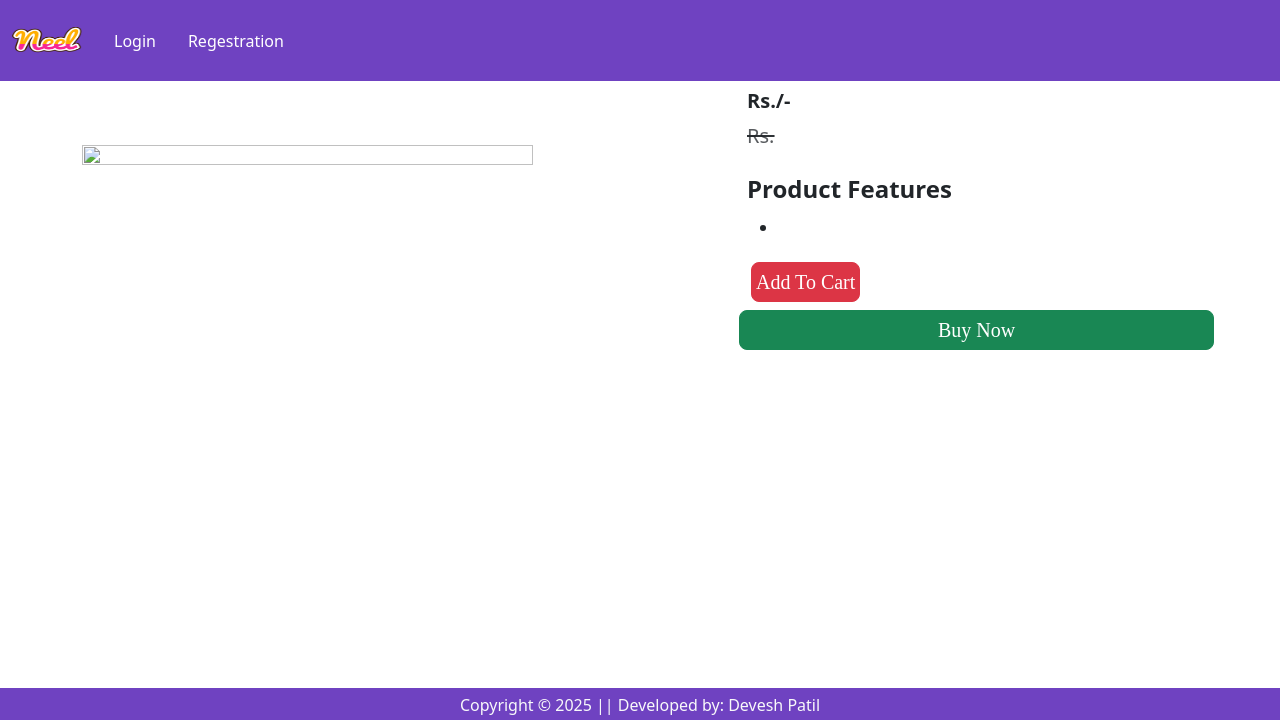
Repository: DeveshPatill/mydjango
Page: ec/app/templates/app/productdetail.html
An editor plug-in stored every save of this project. The page is shown before and after the next save, followed by the edit.
The browser window is 1280 px wide. The pictures show the whole page.
The page is served by the project's application, run on Django 5.2 (ec/manage.py). The template is opened directly, without the code that normally fills it, so the values that code supplies are empty.

Above is the page before, as saved 2025-03-25 04:15:01.

After the next save:
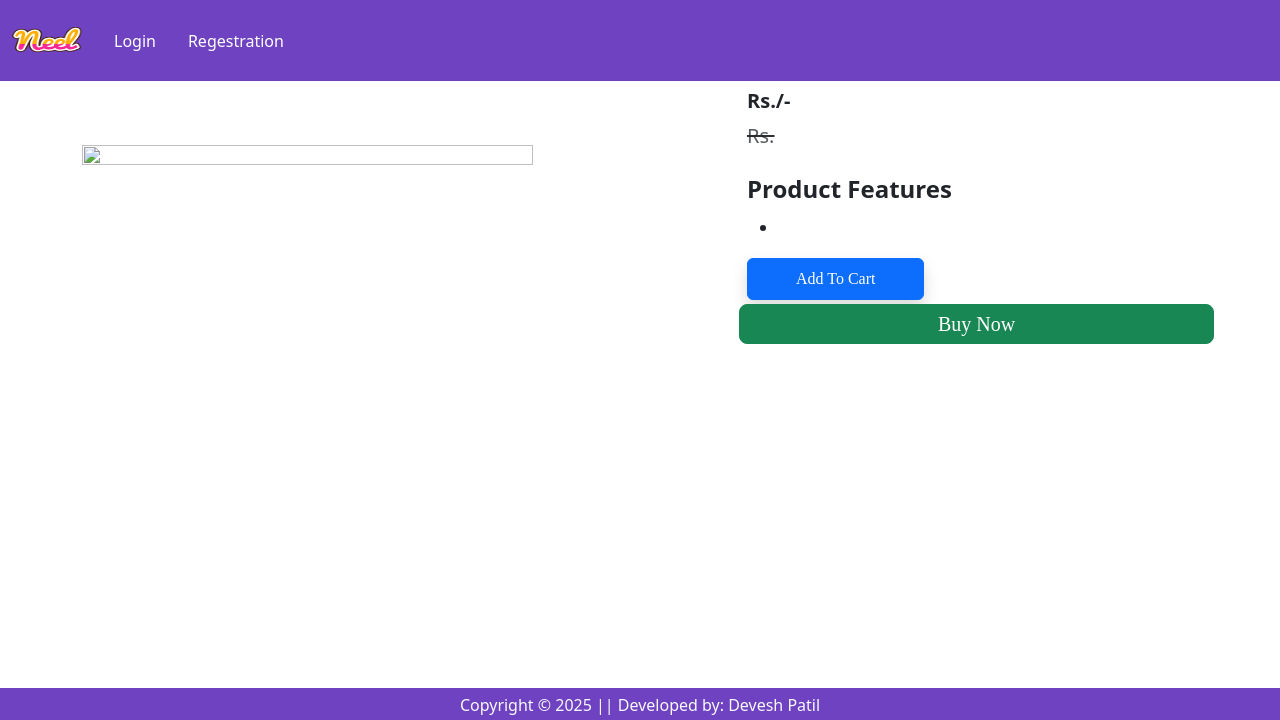
Saved 101 s later.
--- a/ec/app/templates/app/productdetail.html
+++ b/ec/app/templates/app/productdetail.html
@@ -29,7 +29,7 @@
             <div class="buttons row flex" style="font-family: Rajdhani;">
                 <form action="/add-to-cart" class="d-inline">
                     <input type="hidden" name="prod_id" value="{{product.id}}"/>
-                    <button type="submit" class="d-grid gap-2 btn1 btn btn-danger p-1 m-1 btn-lg text-decoration-none text-white">Add To Cart</button>
+                    <button type="submit" class="btn btn-primary shadow px-5 py-2">Add To Cart</button>
                 </form>
                 <div class="btn btn-success p-1 m-1 btn-lg"><a href="#" class="text-decoration-none text-white">Buy Now</a></div>
                 <br><br>
